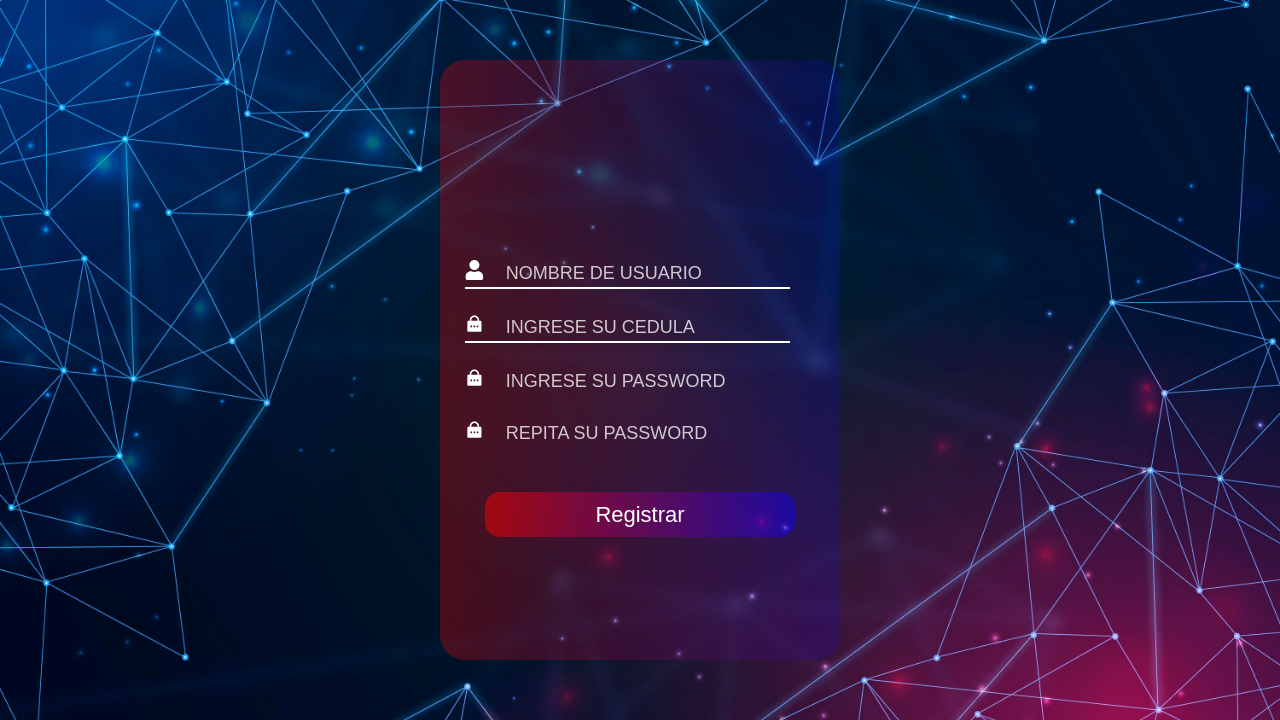
Repository: Davic1o/municipio
Page: /Registro
An editor plug-in stored every save of this project. The page is shown before and after the next save, followed by the edit.
The browser window is 1280 px wide. The pictures show the whole page.
The project was rebuilt for these pictures with package versions that can differ from the ones it lists, and the page was loaded fresh each time. Also part of the build but not shown: src/pages/Login/Login.jsx, src/pages/Administrador/Admin.jsx, src/pages/Coord/Coord.jsx, src/pages/User/User.jsx.

Above is the page before, as saved 2024-02-06 17:46:54.

### src/index.js
import React from 'react';
import ReactDOM from 'react-dom/client';
import './index.css';
import App from './App';
import { BrowserRouter } from 'react-router-dom';

const root = ReactDOM.createRoot(document.getElementById('root'));
root.render(
  <BrowserRouter>
    <App />
   </BrowserRouter>
);

### src/index.css
body {
  margin: 0;
  font-family: -apple-system, BlinkMacSystemFont, 'Segoe UI', 'Roboto', 'Oxygen',
    'Ubuntu', 'Cantarell', 'Fira Sans', 'Droid Sans', 'Helvetica Neue',
    sans-serif;
  -webkit-font-smoothing: antialiased;
  -moz-osx-font-smoothing: grayscale;
}

code {
  font-family: source-code-pro, Menlo, Monaco, Consolas, 'Courier New',
    monospace;
}
input{
  text-decoration: none;
  border: none;
}
button{
  background-color: transparent;
  text-decoration: none;
  border: none;
}

### src/App.jsx

import './App.css';
import Rutas from './routes/Rutas';

function App() {
  return (
    <div className="App">
      <Rutas/>
    </div>
  );
}

export default App;

### src/routes/Rutas.jsx
import React from 'react'
import { Routes, Route } from 'react-router-dom';
import Login from '../pages/Login/Login';
import Admin from '../pages/Administrador/Admin';
import Coord from '../pages/Coord/Coord';
import User from '../pages/User/User';
import Register from '../pages/Register/Register';


function Rutas() {
  return (


    <Routes>
    <Route exact path="/" element={<Login/>} />
    <Route exact path="/Registro" element={<Register/>} />
    <Route exact path="/Administrador" element={<Admin/>} />
    <Route path='/Coordinador' element={<Coord/>} />
    <Route path='/Usuario' element={<User/>} />

    </Routes>

  )
}

export default Rutas

### src/pages/Register/Register.jsx
import React, { useState } from 'react';
import { FaUser } from 'react-icons/fa';
import { RiLockPasswordFill } from 'react-icons/ri';
import { useNavigate } from 'react-router-dom';
import './login.css';

const Register = () => {
  const navigate = useNavigate();

  return (
    <div className="login__container">
      <div className="login__recuadro">
        <div className="login__formulario">
          <div className="contenedor__nombre">
            <FaUser className="icon__nombre" />
            <input
              type="text"
              className="inp__nombre"
              placeholder="NOMBRE DE USUARIO"
            />
          </div>
          <div className="contenedor__password">
            <RiLockPasswordFill className="icon__password" />
            <input
              type="password"
              className="inp__password"
              placeholder="INGRESE SU CEDULA"

            />
          </div>
          <div className="contenedor__recuerdame">
          <RiLockPasswordFill className="icon__password" />
            <input
              type="password"
              className="inp__password"
              placeholder="INGRESE SU PASSWORD"

            />

          </div>
          <div className="contenedor__registrar">
          <RiLockPasswordFill className="icon__password" />
            <input
              type="password"
              className="inp__password"
              placeholder="REPITA SU PASSWORD"

            />


          </div>
          <div className="contendor__ingresar">
            <button className="btn__ingresar" >
              Registrar
            </button>
          </div>
        </div>
      </div>
    </div>
  );
};

export default Register;

### src/pages/Login/login.css
.login__container {
    background-image:  url('../../images/fondo_informacion.jpg');
    background-size: cover;
    height: 100vh;
    width: 100vw;
    box-sizing: border-box;
    display: flex;
    align-items: center;
    justify-content: center;
    z-index: 0;
}
.login__recuadro{
    width: 400px;
    height: 600px;
    border-radius: 25px;
    background: linear-gradient(to right, rgba(253, 0, 0, 0.288) 1%, rgba(16, 0, 235, 0.171));
}
.login__formulario{
    margin-top: 200px;
}
.contenedor__nombre, .contenedor__password{
    width: 325px;
    margin: 25px;
    display: flex;
    border-bottom: 2px solid white ;
}
.icon__nombre, .icon__password{
    margin-right: 20px;
    font-size: 20px;
    background-color: transparent;
    color: white;
}
.inp__nombre, .inp__password{

    background-color: transparent;
    width: 300px;
    height: 25px;
    font-size: 18px;
    color: white;
}
.inp__nombre::placeholder, .inp__password::placeholder{
    font-size: 18px;
color: rgba(255, 255, 255, 0.767);
}
.inp__nombre:focus, .inp__password:focus{
    outline: none;
    font-size: 18px;
    border: none;
    color: white;
}
.contenedor__recuerdame{
    width: 325px;
    margin: 25px;
    display: flex;
}
.inp__recuerdame{
    transform: scale(1.5);
    margin-right: 20px;
}
.lbl__recuerdame{
    font-size: 18px;
    color: white;
}
.contenedor__registrar{
    width: 325px;
    margin: 25px;
    display: flex;
    justify-content: right;
}
.lbl__registrar{
    color: white;
}
.lbl__registrar:hover{
    color: blue;
    cursor: pointer;
}
.contendor__ingresar{

    background: linear-gradient(to right, rgba(253, 0, 0, 0.514) 1%, rgba(16, 0, 235, 0.514));
    border-radius: 15px;
    margin: 45px;
    display: flex;
    justify-content: center;
}
.btn__ingresar{
    height: 45px;
    color: white;
    font-size: 22px;
    cursor: pointer;

}

### src/pages/Register/login.css
.login__container {
    background-image:  url('../../images/fondo_informacion.jpg');
    background-size: cover;
    height: 100vh;
    width: 100vw;
    box-sizing: border-box;
    display: flex;
    align-items: center;
    justify-content: center;
    z-index: 0;
}
.login__recuadro{
    width: 400px;
    height: 600px;
    border-radius: 25px;
    background: linear-gradient(to right, rgba(253, 0, 0, 0.288) 1%, rgba(16, 0, 235, 0.171));
}
.login__formulario{
    margin-top: 200px;
}
.contenedor__nombre, .contenedor__password{
    width: 325px;
    margin: 25px;
    display: flex;
    border-bottom: 2px solid white ;
}
.icon__nombre, .icon__password{
    margin-right: 20px;
    font-size: 20px;
    background-color: transparent;
    color: white;
}
.inp__nombre, .inp__password{

    background-color: transparent;
    width: 300px;
    height: 25px;
    font-size: 18px;
    color: white;
}
.inp__nombre::placeholder, .inp__password::placeholder{
    font-size: 18px;
color: rgba(255, 255, 255, 0.767);
}
.inp__nombre:focus, .inp__password:focus{
    outline: none;
    font-size: 18px;
    border: none;
    color: white;
}
.contenedor__recuerdame{
    width: 325px;
    margin: 25px;
    display: flex;
}
.inp__recuerdame{
    transform: scale(1.5);
    margin-right: 20px;
}
.lbl__recuerdame{
    font-size: 18px;
    color: white;
}
.contenedor__registrar{
    width: 325px;
    margin: 25px;
    display: flex;
    justify-content: right;
}
.lbl__registrar{
    color: white;
}
.lbl__registrar:hover{
    color: blue;
    cursor: pointer;
}
.contendor__ingresar{

    background: linear-gradient(to right, rgba(253, 0, 0, 0.514) 1%, rgba(16, 0, 235, 0.514));
    border-radius: 15px;
    margin: 45px;
    display: flex;
    justify-content: center;
}
.btn__ingresar{
    height: 45px;
    color: white;
    font-size: 22px;
    cursor: pointer;

}

Loaded but not shown: public/index.html (common file); src/App.css (common file)

After the next save:
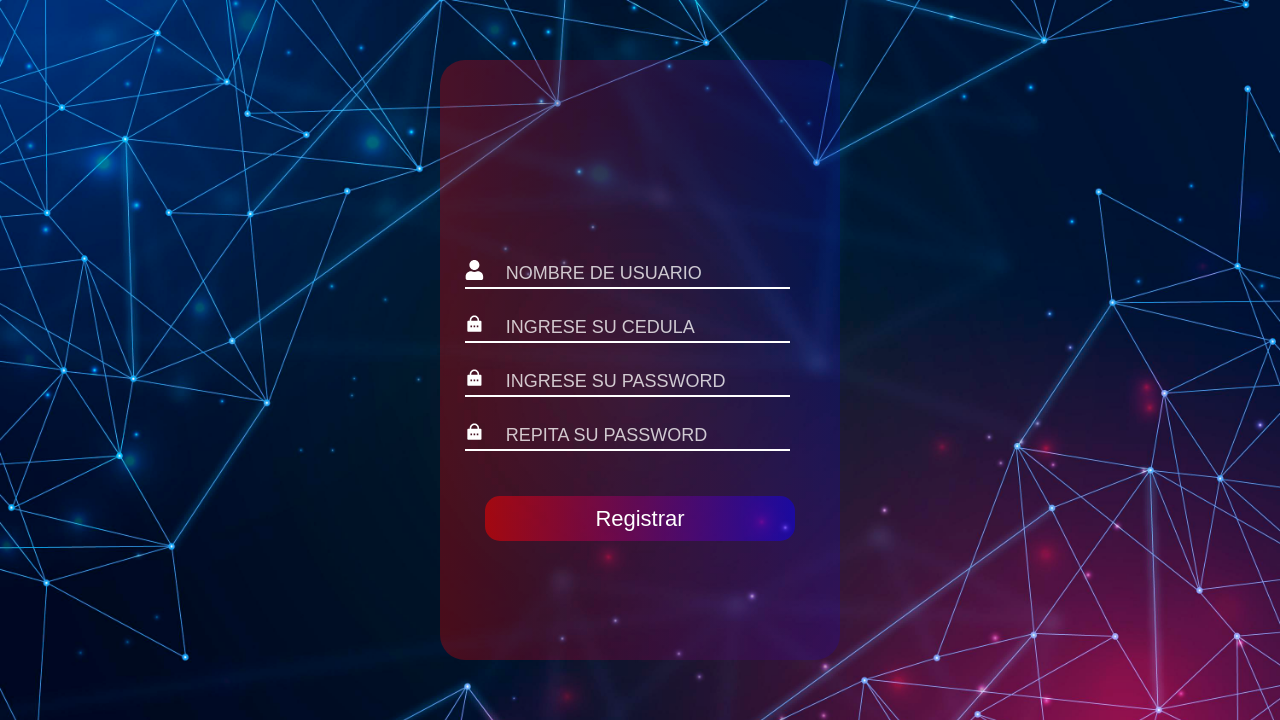
Saved 31 s later.
--- a/src/pages/Register/Register.jsx
+++ b/src/pages/Register/Register.jsx
@@ -19,7 +19,7 @@ const Register = () => {
               placeholder="NOMBRE DE USUARIO"
             />
           </div>
-          <div className="contenedor__password">
+          <div className="contenedor__nombre">
             <RiLockPasswordFill className="icon__password" />
             <input
               type="password"
@@ -28,7 +28,7 @@ const Register = () => {
 
             />
           </div>
-          <div className="contenedor__recuerdame">
+          <div className="contenedor__password">
           <RiLockPasswordFill className="icon__password" />
             <input
               type="password"
@@ -38,7 +38,7 @@ const Register = () => {
             />
 
           </div>
-          <div className="contenedor__registrar">
+          <div className="contenedor__password">
           <RiLockPasswordFill className="icon__password" />
             <input
               type="password"
